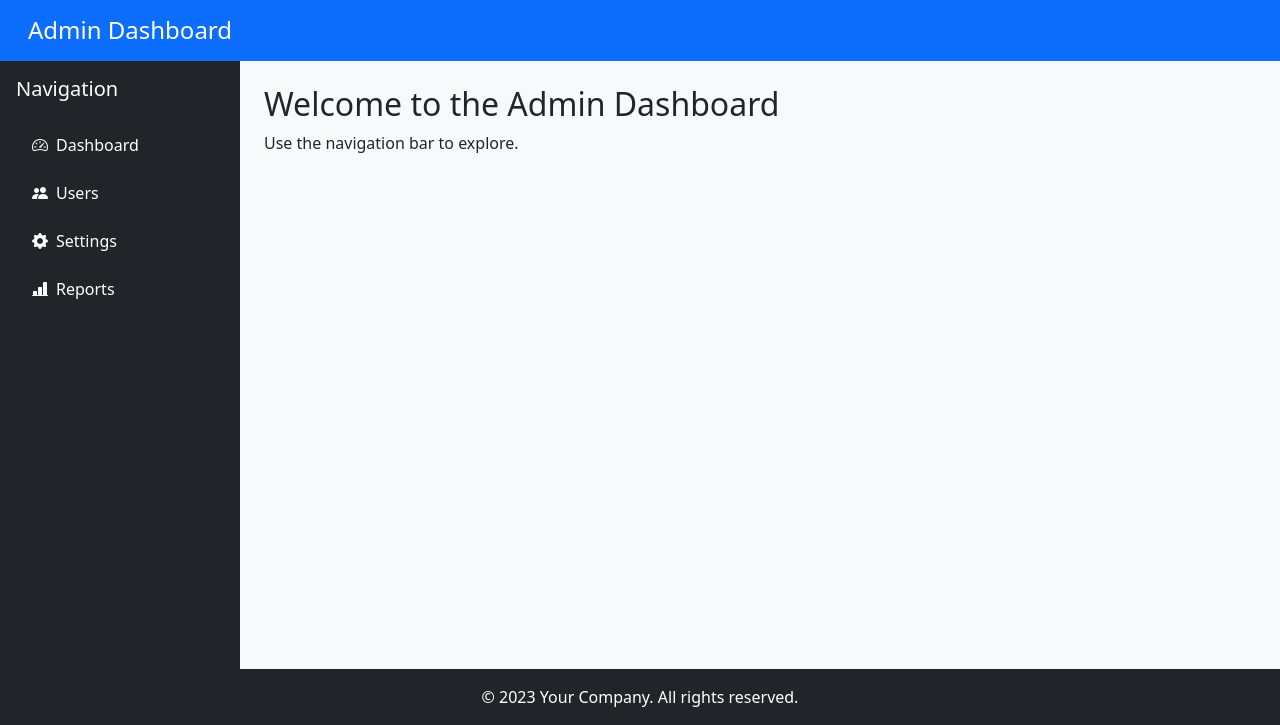
Repository: AbdulqadirSaid/react-market-front-end
Page: /admin-dash
The author's editor kept a copy of each file at every save. The page is drawn from the files as they stood at one save, then again after a run of saves.
The browser window is 1280 px wide. The pictures show the whole page.
The project was rebuilt for these pictures with package versions that can differ from the ones it lists, and the page was loaded fresh each time. Also part of the build but not shown: src/LoginForm.js, src/App.css, src/owner/OwnerDashboard.js, src/customer/CustomerDashboard.js.

Above is the page before, as saved 2025-06-01 16:29:45.

### src/index.js
import React from 'react';
import ReactDOM from 'react-dom/client';
import './index.css';
import App from './App';
import reportWebVitals from './reportWebVitals';
import { BrowserRouter } from 'react-router-dom';


const root = ReactDOM.createRoot(document.getElementById('root'));
root.render(
  <React.StrictMode>
    <BrowserRouter>
        <App />
    </BrowserRouter>
  </React.StrictMode>
);

// If you want to start measuring performance in your app, pass a function
// to log results (for example: reportWebVitals(console.log))
// or send to an analytics endpoint. Learn more: https://bit.ly/CRA-vitals
reportWebVitals();

### src/index.css
.rounded-logo {
  width: 100px; /* Adjust the size as needed */
  height: 100px; /* Adjust the size as needed */
  border-radius: 50%; /* Makes the image rounded */
}


.nav-link {
  transition: background-color 0.3s ease;
}

.nav-link:hover {
  background-color: rgba(255, 255, 255, 0.1); /* Lighten background on hover */
}

### src/App.js
import LoginForm from './LoginForm'
import './../node_modules/bootstrap/dist/css/bootstrap.min.css'
import './App.css';
import Header from './components/Header';
import Sidebar from './components/Sidebar';
import Footer from './components/Footer';
import Dashboard from './admin/Dashboard';
import OwnerDash from './owner/OwnerDashboard'
import CustDash from './customer/CustomerDashboard'
import { Route, Routes } from 'react-router-dom';

function App() {
  return (
    // <><LoginForm />
    // <Dashboard/>
    // </>

    <Routes>

      <Route path='/' element={<LoginForm/>} />


      {/* Admin */}

      <Route path='/admin-dash' element={<Dashboard/>} />


      {/* Owner */}

      <Route path='/owner-dash' element={<OwnerDash/>} />


      {/* Customer  */}

      <Route path='/dashboard' element={<CustDash/>} />



    </Routes>
  );
}

export default App;

### src/components/Header.js
import React from 'react';

const Header = () => {
  return (
    <header className="bg-primary text-white p-3 shadow-sm">
      <div className="container-fluid d-flex align-items-center">
        <h4 className="mb-0">Admin Dashboard</h4>
      </div>
    </header>
  );
};

export default Header;

### src/components/Sidebar.js
import React from 'react';
import 'bootstrap-icons/font/bootstrap-icons.css'; // Import Bootstrap Icons

const Sidebar = () => {
  return (
    <nav
      className="bg-dark text-white d-flex flex-column p-3"
      style={{ width: '240px', minHeight: 'calc(100vh - 112px)' }}
    >
      <h5 className="mb-4">Navigation</h5>
      <ul className="nav nav-pills flex-column">
        <li className="nav-item mb-2">
          <a href="#dashboard" className="nav-link text-white d-flex align-items-center">
            <i className="bi bi-speedometer2 me-2"></i> Dashboard
          </a>
        </li>
        <li className="nav-item mb-2">
          <a href="#users" className="nav-link text-white d-flex align-items-center">
            <i className="bi bi-people-fill me-2"></i> Users
          </a>
        </li>
        <li className="nav-item mb-2">
          <a href="#settings" className="nav-link text-white d-flex align-items-center">
            <i className="bi bi-gear-fill me-2"></i> Settings
          </a>
        </li>
        <li className="nav-item">
          <a href="#reports" className="nav-link text-white d-flex align-items-center">
            <i className="bi bi-bar-chart-line-fill me-2"></i> Reports
          </a>
        </li>
      </ul>
    </nav>
  );
};

export default Sidebar;

### src/components/Footer.js
import React from 'react';

const Footer = () => {
  return (
    <footer className="bg-dark text-white text-center p-3">
      <p className="mb-0">© 2023 Your Company. All rights reserved.</p>
    </footer>
  );
};

export default Footer;

### src/admin/Dashboard.js
import React from 'react';
import Header from '../components/Header';
import Sidebar from '../components/Sidebar';
import Footer from '../components/Footer';


const Dashboard = () => {
  return (
    <div className="d-flex flex-column min-vh-100">
      <Header />
      <div className="d-flex flex-grow-1">
        <Sidebar />
        <main className="flex-grow-1 p-4" style={{ backgroundColor: '#f8f9fa' }}>
          <h2>Welcome to the Admin Dashboard</h2>
          <p>Use the navigation bar to explore.</p>
          {/* Your dashboard content here */}
        </main>
      </div>
      <Footer />
    </div>
  );
};

export default Dashboard;

### src/components/Links.js
const links = {

    Admin:[
        { label: 'Dashboard', path: '/admin-dash', icon: 'dashboard' }

    ],

    Owner:[
        { label:'Dashboard', path: '/owner-dash', icon: 'dashboard' }

    ],

    Customer:[
        {label:'Dashboard', path:'/dashboard', icon: 'dashboard'},

    ]

}

export default links;

Loaded but not shown: public/index.html (common file); src/reportWebVitals.js (common file)

After the next 2 saves:
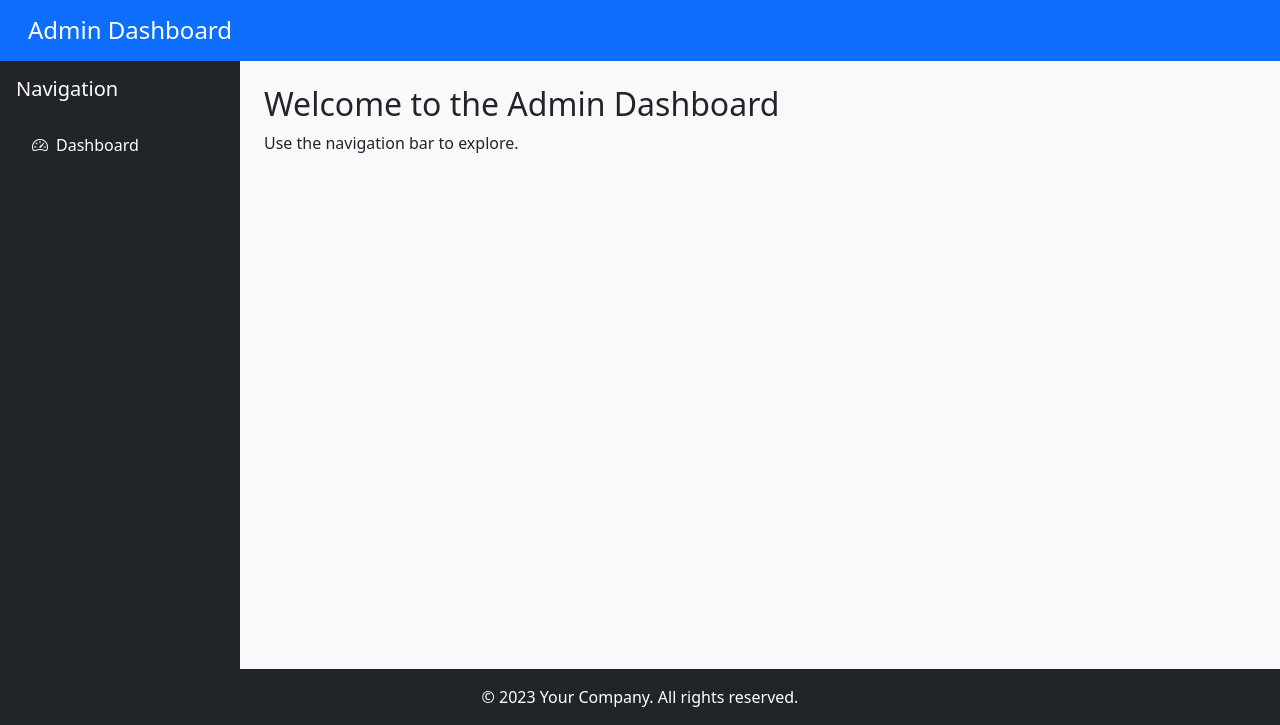
The 2 saves are shown as one change because they came seconds apart.
The last was saved 4 min 27 s later.
--- a/src/components/Sidebar.js
+++ b/src/components/Sidebar.js
@@ -1,7 +1,29 @@
 import React from 'react';
-import 'bootstrap-icons/font/bootstrap-icons.css'; // Import Bootstrap Icons
+import { Link } from 'react-router-dom';
+import 'bootstrap-icons/font/bootstrap-icons.css';
+import links from './links';
 
-const Sidebar = () => {
+// Set 'Admin' as the default value for userRole
+const Sidebar = ({ userRole = 'Admin' }) => {
+  const roleLinks = links[userRole] || [];
+
+  const getIconClass = (iconName) => {
+    switch (iconName) {
+      case 'dashboard':
+        return 'bi-speedometer2';
+      case 'users':
+        return 'bi-people-fill';
+      case 'settings':
+        return 'bi-gear-fill';
+      case 'reports':
+        return 'bi-bar-chart-line-fill';
+      case 'box-seam': // Added for 'My Orders' example
+        return 'bi-box-seam';
+      default:
+        return 'bi-circle';
+    }
+  };
+
   return (
     <nav
       className="bg-dark text-white d-flex flex-column p-3"
@@ -9,26 +31,13 @@ const Sidebar = () => {
     >
       <h5 className="mb-4">Navigation</h5>
       <ul className="nav nav-pills flex-column">
-        <li className="nav-item mb-2">
-          <a href="#dashboard" className="nav-link text-white d-flex align-items-center">
-            <i className="bi bi-speedometer2 me-2"></i> Dashboard
-          </a>
-        </li>
-        <li className="nav-item mb-2">
-          <a href="#users" className="nav-link text-white d-flex align-items-center">
-            <i className="bi bi-people-fill me-2"></i> Users
-          </a>
-        </li>
-        <li className="nav-item mb-2">
-          <a href="#settings" className="nav-link text-white d-flex align-items-center">
-            <i className="bi bi-gear-fill me-2"></i> Settings
-          </a>
-        </li>
-        <li className="nav-item">
-          <a href="#reports" className="nav-link text-white d-flex align-items-center">
-            <i className="bi bi-bar-chart-line-fill me-2"></i> Reports
-          </a>
-        </li>
+        {roleLinks.map((linkItem, index) => (
+          <li key={index} className="nav-item mb-2">
+            <Link to={linkItem.path} className="nav-link text-white d-flex align-items-center">
+              <i className={`bi ${getIconClass(linkItem.icon)} me-2`}></i> {linkItem.label}
+            </Link>
+          </li>
+        ))}
       </ul>
     </nav>
   );
